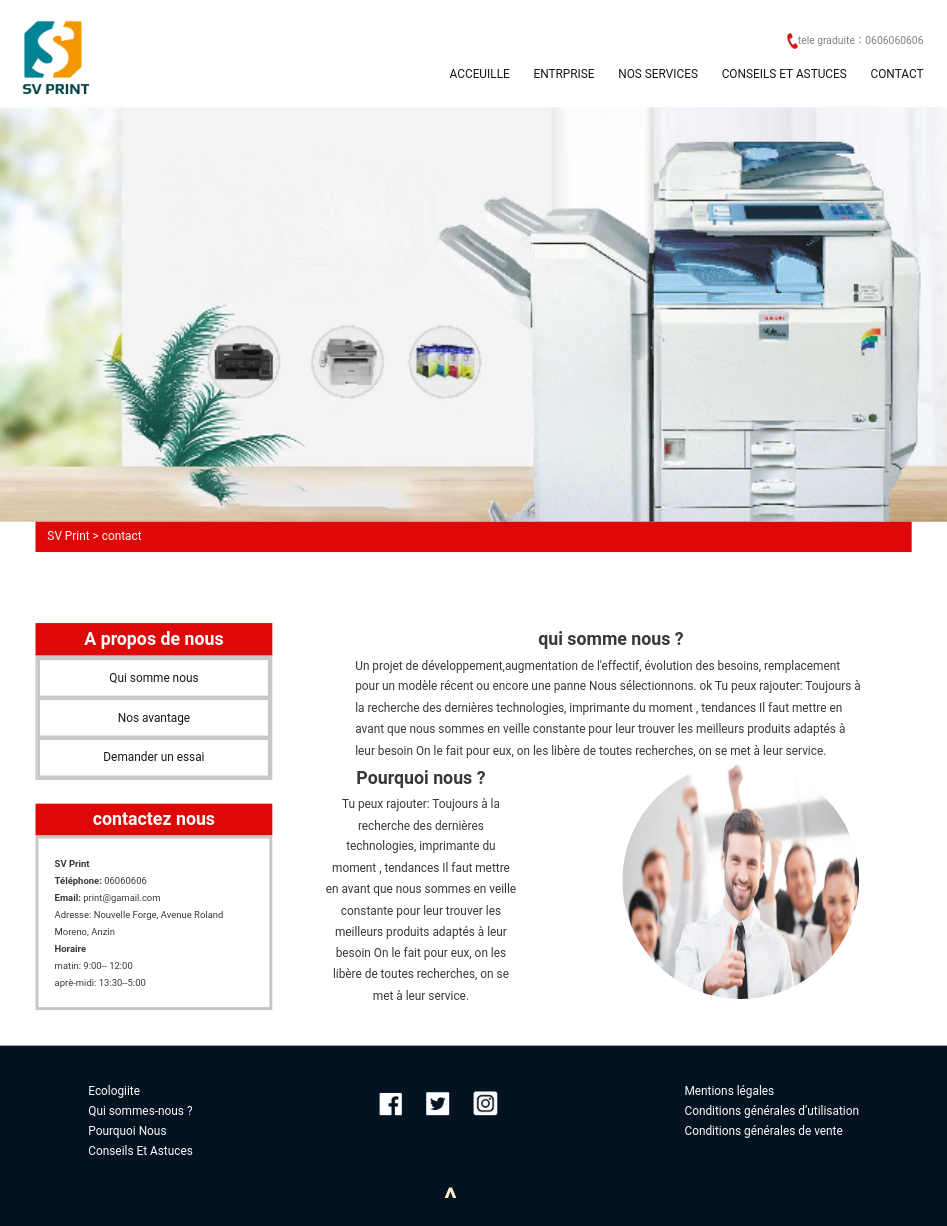
Repository: clairedupuich/sv_print
Page: index.html
The author's editor kept a copy of each file at every save. The page is drawn from the files as they stood at one save, then again after a run of saves.
The browser window is 1280 px wide. The pictures show the whole page, at 74% of full size.

Above is the page before, as saved 2020-12-04 00:57:03.
Console error: TypeError: Cannot read properties of null (reading 'appendChild')

After the next 4 saves:
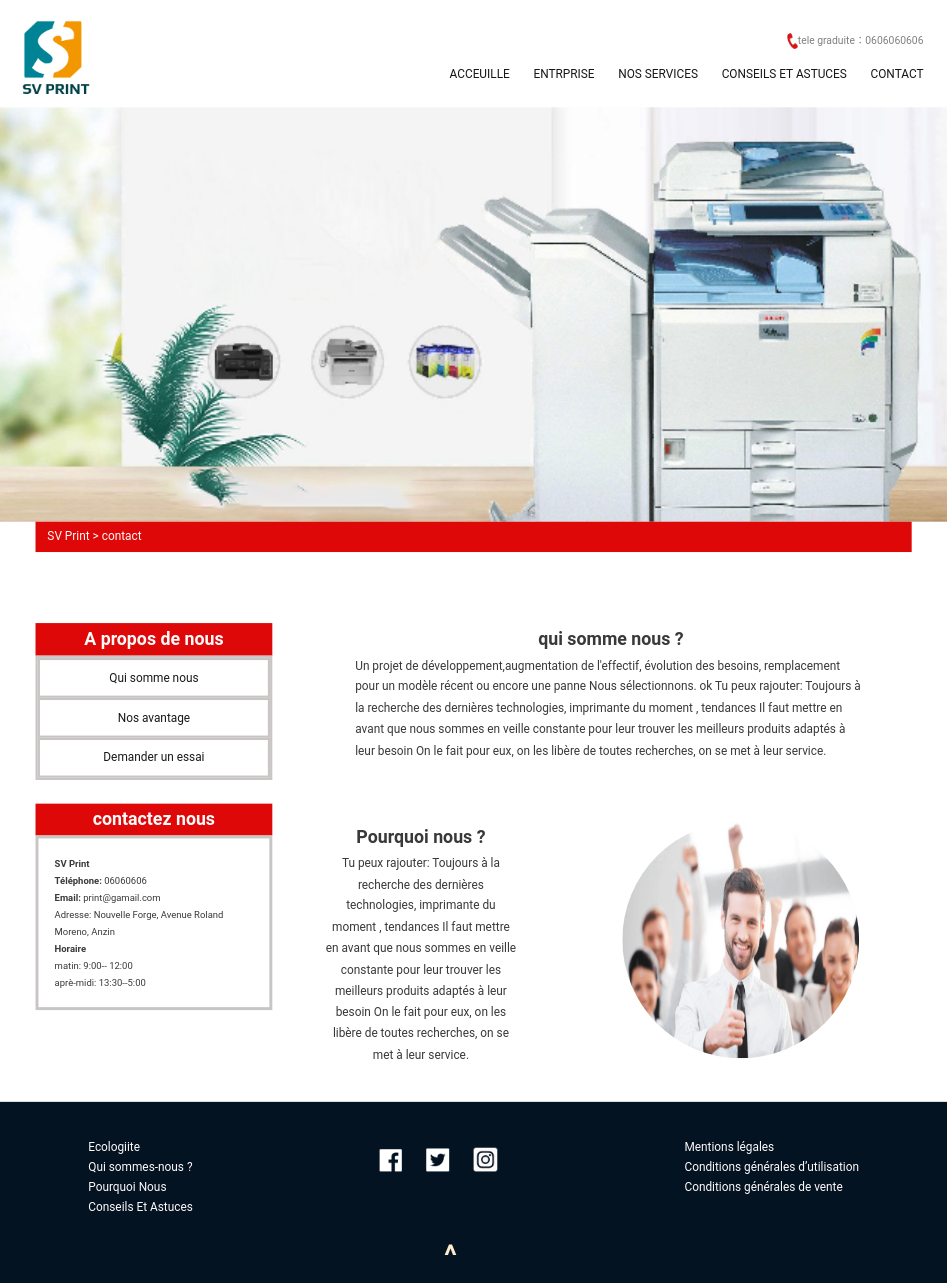
The 4 saves are shown as one change because they came seconds apart.
The last was saved 33 s later.
--- a/style.css
+++ b/style.css
@@ -261,6 +261,7 @@
 .presant {
     width: 80%;
     margin-left: 7em;
+    margin-bottom: 5em;
 }
 .avandage_e {
     display: flex;
